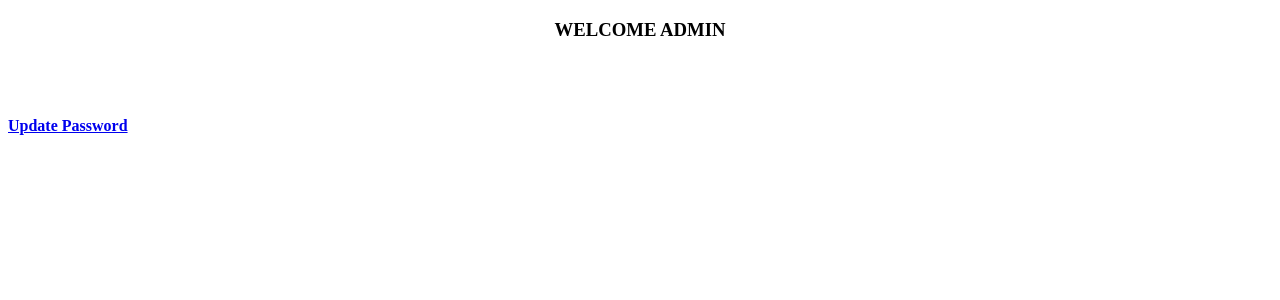
Repository: nihargowda/phase2project
Page: http://localhost/AirAway/adminsuccess.jsp
An editor plug-in stored every save of this project. The page is shown before and after the next save, followed by the edit.
The browser window is 1280 px wide. The pictures show the whole page.
The page is served by Tomcat 9. Other server files are loaded and not shown.

Above is the page before, as saved 2020-11-19 15:22:23.

### AirAway/src/main/webapp/adminsuccess.jsp
<%@ page language="java" contentType="text/html; charset=ISO-8859-1"
    pageEncoding="ISO-8859-1"%>
<!DOCTYPE html>
<html>
<head>
<meta charset="ISO-8859-1">
<title>Insert title here</title>
</head>
<body>
<h3><center> WELCOME ADMIN </center></h3>
<br><br>


<h4> <a href='/AirAway/updatepassword.jsp'>Update Password</a>  </h4>

</body>
</html>

After the next save:
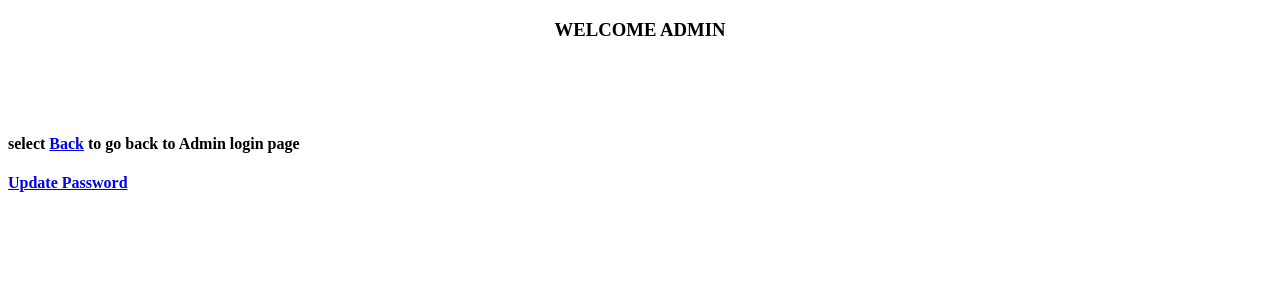
Saved 2 min 12 s later.
--- a/AirAway/src/main/webapp/adminsuccess.jsp
+++ b/AirAway/src/main/webapp/adminsuccess.jsp
@@ -10,7 +10,7 @@
 <h3><center> WELCOME ADMIN </center></h3>
 <br><br>
 
-
+<br><h4>select <a href="/AirAway/AirAwayDetails">Back</a> to go back to Admin login page</h4>
 <h4> <a href='/AirAway/updatepassword.jsp'>Update Password</a>  </h4>
 
 </body>
